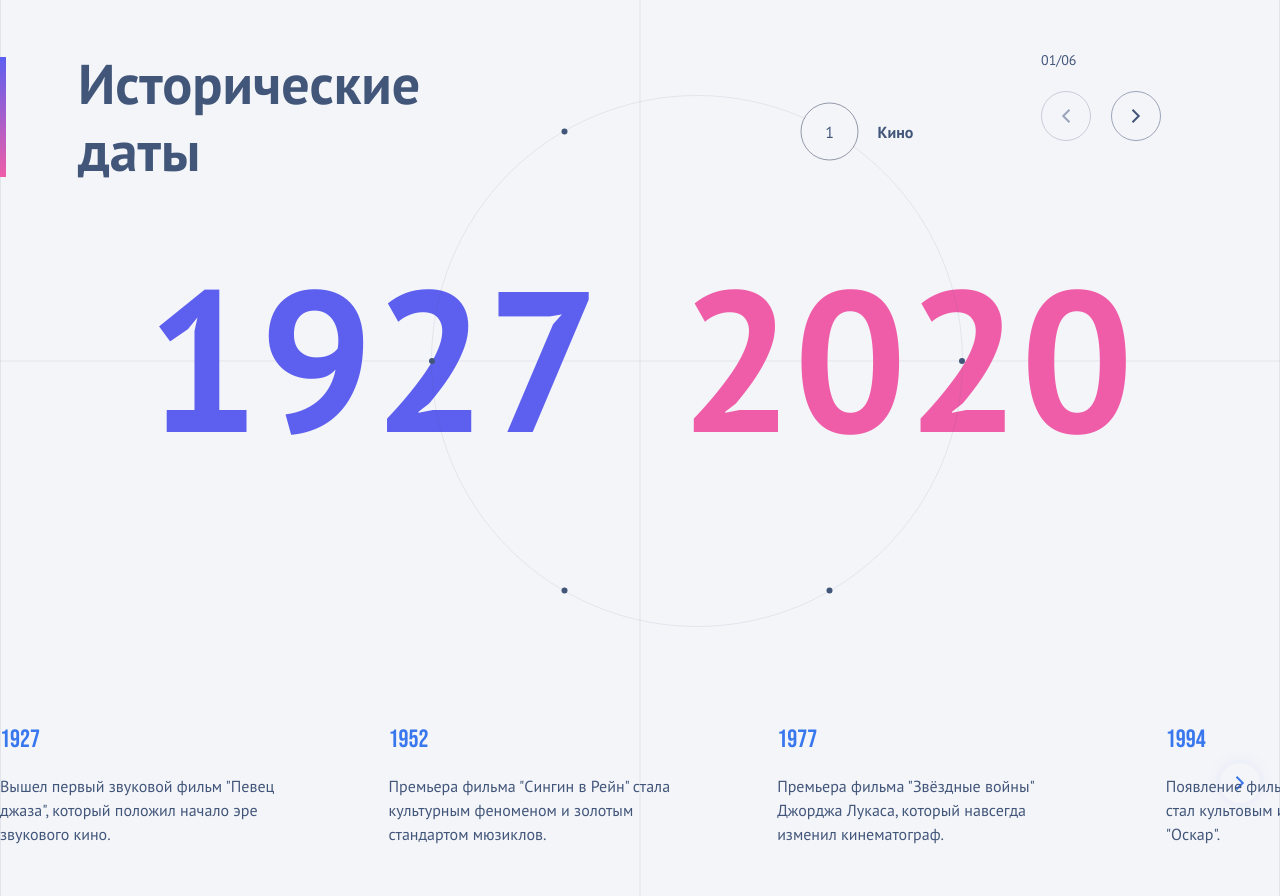
Repository: LenarTulupov/only
Page: /
The author's editor kept a copy of each file at every save. The page is drawn from the files as they stood at one save, then again after a run of saves.
The browser window is 1280 px wide. The pictures show the whole page.
The project was rebuilt for these pictures with package versions that can differ from the ones it lists, and the page was loaded fresh each time.

Above is the page before, as saved 2024-12-18 13:18:45.

### public/index.html
<!DOCTYPE html>
<html lang="en">
  <head>
    <meta charset="utf-8" />
    <link rel="icon" href="%PUBLIC_URL%/favicon.ico" />
    <meta name="viewport" content="width=device-width, initial-scale=1" />
    <meta name="theme-color" content="#000000" />
    <meta
      name="description"
      content="Web site created using create-react-app"
    />
    <link rel="apple-touch-icon" href="%PUBLIC_URL%/logo192.png" />
    <link rel="manifest" href="%PUBLIC_URL%/manifest.json" />
    <title>Only Test</title>
  </head>
  <body>
    <noscript>You need to enable JavaScript to run this app.</noscript>
    <div id="root"></div>
  </body>
</html>

### src/index.tsx
import React from 'react';
import ReactDOM from 'react-dom/client';
import Router from './router/router';
import './globals.scss'

const root = ReactDOM.createRoot(
  document.getElementById('root') as HTMLElement
);
root.render(
  <React.StrictMode>
    <Router />
  </React.StrictMode>
);

### src/router/router.tsx
import { BrowserRouter, Route, Routes } from "react-router-dom";
import HomePage from "../pages/home/page";
import PagesLayout from "../layouts/pages-layout";

export default function Router() {
  return (
    <BrowserRouter>
      <Routes>
        <Route element={<PagesLayout />}>
          <Route path="/" element={<HomePage />} />
        </Route>
      </Routes>
    </BrowserRouter>
  )
};

### src/globals.scss
@import url('https://fonts.googleapis.com/css2?family=Bebas+Neue&family=PT+Sans:wght@400;700&display=swap');

:root {
  --background-color: #F4F5F9;
  --main-color: #42567a;
  --main-color-rgba: rgba(66, 86, 122, 0.5);
  --accent-color: #5D5FEF;
  --light-accent-color: #3877EE;
  --accent-second: #EF5DA8;
  --font-main: "PT Sans", serif;
  --font-second: "Bebas Neue", serif;
  --line-height: 150%;
  --font-size-main: 56px;
  --font-size-small: 14px;
  --font-size-big: 200px;
}
body {
  margin: 0;
  padding: 0;
  background-color: var(--background-color);
  color: var(--black-color);
  font-family: var(--font-main);
  line-height: var(--line-height);
}
ul {
  padding: 0;
  margin: 0;
}

li {
  list-style-type: none;
}

a {
  color: var(--black-color);
  text-decoration: none;
}

h1 {
  margin: 0;
}

### src/pages/home/page.tsx
import Container from "../../components/ui/container/container";
import Divider from "../../components/ui/divider/divider";
import HistorySection from "./history/history";
import styles from './page.module.scss';

export default function HomePage() {
  return (
    <div className={styles['home-page']}>
      <Container>
        <div className={styles['home-page__wrapper']}>
          <Divider
            position="vertical"
            className={styles.divider_vertical}
          />
          <HistorySection />
        </div>
      </Container>
    </div>
  )
};

### src/layouts/pages-layout.tsx
import { Outlet } from 'react-router-dom';
import styles from './pages-layout.module.scss';

export default function PagesLayout() {
  return (
    <div className={styles['pages-layout']}>
      <Outlet />
    </div>
  )
};

### src/components/ui/container/container.tsx
import { ReactNode } from "react"
import styles from './container.module.scss';

interface IContainer {
  children: ReactNode;
}

export default function Container({ children }: IContainer) {
  return (
    <div className={styles.container}>
      {children}
    </div>
  )
};

### src/components/ui/divider/divider.tsx
import styles from './divider.module.scss';

interface IDivider {
  position?: 'horizontal' | 'vertical';
  className?: string;
}

export default function Divider({
  position = 'horizontal', className }: IDivider) {
  return <div className={`
    ${styles.divider}
    ${styles[`divider_${position}`]}
    ${className || ''}
  `}/>
};

### src/pages/home/history/history.tsx
import { useState } from 'react';
import Divider from '../../../components/ui/divider/divider';
import Title from '../../../components/ui/title/title';
import Circle from './circle/circle';
import Dates from './dates/dates';
import HistorySlider from './history-slider/history-slider';
import styles from './history.module.scss';
import StepNavigation from './step-navigation/step-navigation';
import { circleItems } from '../../../constants/circle-items';

export default function HistorySection() {
  const [activeButton, setActiveButton] = useState<number>(1);
  const activeCategory = circleItems.find((item) => item.id === activeButton);
  const firstDate = activeCategory?.events[0]?.year;
  const lastDate = activeCategory?.events.at(-1)?.year;

  return (
    <section className={styles.history}>
      <div className={styles.history__content}>
        {/* <div className={styles['history__content-col-1']}> */}
          <Title className={styles.history__title} showBefore>
            Исторические даты
          </Title>

        {/* </div> */}
        <Circle
          className={styles.circle}
          activeButton={activeButton}
          setActiveButton={setActiveButton}
        />
         <StepNavigation
            className={styles['step-navigation']}
            activeButton={activeButton}
            setActiveButton={setActiveButton}
          />
        <Divider
          position="horizontal"
          className={styles.divider_horizontal}
        />
        <Dates
          className={styles.dates}
          firstDate={firstDate}
          lastDate={lastDate}
        />
      </div>
      <HistorySlider
        activeCategory={activeCategory}
        className={styles['history-slider']}
      />
    </section>
  )
};

### src/pages/home/page.module.scss
.home-page {
  &__wrapper {
    position: relative;
    min-height: 100vh;
    .divider_vertical {
      position: absolute;
      top: 0;
      left: 50%;
      transform: translateX(-50%);
      z-index: -10;
    }
  }

  /* Линия слева */
  &__wrapper::before {
    content: "";
    position: absolute;
    top: 0;
    bottom: 0;
    left: 0;
    width: 1px;
    background-color: var(--main-color);
    opacity: 0.1;
  }

  /* Линия справа */
  &__wrapper::after {
    content: "";
    position: absolute;
    top: 0;
    bottom: 0;
    right: 0;
    width: 1px;
    background-color: var(--main-color);
    opacity: 0.1;
  }
  /* Линий по центру горизонтальная */

  /* Линий по центру вертикальная */
}

### src/components/ui/container/container.module.scss
.container {
  max-width: 1440px;
  margin: 0 auto;
}

### src/components/ui/divider/divider.module.scss
.divider {
  background-color: var(--main-color);
  opacity: 0.1;
  &_horizontal {
    width: 100%;
    height: 1px;
  }
  &_vertical {
    width: 1px;
    height: 100%;
  }
}

### src/components/ui/title/title.tsx
import { ReactNode } from 'react';
import styles from './title.module.scss';

interface ITitle {
  children: ReactNode;
  className?: string;
  color?: 'main' | 'blue' | 'light-blue' | 'pink';
  size?: 'main' | 'small'| 'big';
  showBefore?: boolean;
}

export default function Title({
  children,
  className,
  color = 'main',
  size = 'main',
  showBefore = false }: ITitle) {
  return (
    <h1
      className={`
        ${styles.title}
        ${className || ''}
        ${styles[`title__color-${color}`]}
        ${styles[`title__size-${size}`]}
        ${showBefore ? styles['title_before'] : ''}
      `}>
      {children}
    </h1>
  )
};

### src/pages/home/history/circle/circle.tsx
import { useEffect, useRef, Dispatch, SetStateAction } from 'react';
import { gsap } from 'gsap';
import { circleItems } from '../../../../constants/circle-items';
import styles from './circle.module.scss';
import Dates from '../dates/dates';

interface ICircle {
  className?: string;
  activeButton: number;
  setActiveButton: Dispatch<SetStateAction<number>>;
}

export default function Circle({
  className,
  activeButton,
  setActiveButton }: ICircle) {
  const circleRef = useRef<HTMLDivElement>(null);
  const buttonsRef = useRef<HTMLDivElement[]>([]);

  const handleActiveButton = (btnId: number) => {
    setActiveButton(btnId);
  };

  useEffect(() => {
    const rotationAngle = (1 - activeButton) * 60;
    gsap.to(circleRef.current, {
      rotate: rotationAngle,
      duration: 0.5,
      ease: 'power2.out',
    });

    buttonsRef.current.forEach((btn) => {
      let buttonRotation = 0;

      switch (activeButton) {
        case 2:
          buttonRotation = 60;
          break;
        case 3:
          buttonRotation = 120;
          break;
        case 4:
          buttonRotation = 180;
          break;
        case 5:
          buttonRotation = 240;
          break;
        case 6:
          buttonRotation = 300;
          break;
        default:
          buttonRotation = 0;
          break;
      }

      gsap.to(btn, {
        rotate: buttonRotation,
        duration: 0.5,
        ease: 'power2.out',
      });
    });
  }, [activeButton]);

  return (
    <div ref={circleRef} className={`${styles.circle} ${className || ''}`}>
      {circleItems.map((item, index) => {
        const btnId = index + 1;
        return (
          <div
            key={btnId}
            ref={(el) => (buttonsRef.current[index] = el!)}
            className={`
                ${styles[`circle__btn-${btnId}`]}
                ${styles.circle__btn}
                ${activeButton === btnId ? styles.active : ''}
              `}
            onClick={() => handleActiveButton(btnId)}
          >
            {btnId}
            <span
              className={`
                  ${styles['sub-title']}
                  ${activeButton === btnId ? styles.active : ''}
                `}
            >
              {item.category}
            </span>
          </div>
        );
      })}
    </div>
  );
}

### src/pages/home/history/dates/dates.tsx
import { useEffect, useState } from 'react';
import Title from '../../../../components/ui/title/title';
import styles from './dates.module.scss';

interface IDates {
  className?: string;
  firstDate: string;
  lastDate: string;
}

export default function Dates({ className, firstDate, lastDate }: IDates) {
  const [currentFirstDate, setCurrentFirstDate] = useState(Number(firstDate));
  const [currentLastDate, setCurrentLastDate] = useState(Number(lastDate));

  useEffect(() => {
    const animateNumber = (
      from: number,
      to: number,
      setNumber: React.Dispatch<React.SetStateAction<number>>
    ) => {
      const stepTime = 20;
      const steps = 50;
      const delta = (to - from) / steps;

      let currentStep = 0;
      const interval = setInterval(() => {
        currentStep += 1;
        const nextValue = from + delta * currentStep;
        setNumber(Math.round(nextValue));

        if (currentStep >= steps) {
          clearInterval(interval);
          setNumber(to);
        }
      }, stepTime);
    };

    animateNumber(Number(currentFirstDate), Number(firstDate), setCurrentFirstDate);
    animateNumber(Number(currentLastDate), Number(lastDate), setCurrentLastDate);
  }, [firstDate, lastDate]);
  return (
    <div className={`${styles.dates} ${className || ''}`}>
      <Title color='blue' size='big'>{currentFirstDate}</Title>
      <Title color='pink' size='big'>{currentLastDate}</Title>
    </div>
  )
};

### src/pages/home/history/history.module.scss
.history {
  padding: 50px 0;
  &__title {
    line-height: 1.2;
    width: 353px;
    padding-left: 78px;
    height: fit-content;

  }
  &__content {
    position: relative;
    display: grid;
    grid-template-columns: repeat(3, 1fr);
    height: 615px;
    &-col-1 {
      display: flex;
      flex-direction: column;
      justify-content: space-between;
    }
  }
}
.circle {
  margin-top: 45px;
}
.divider_horizontal {
  position: absolute;
  top: calc(50% + 3px);
  left: 0;
  transform: translateY(-50%);
  z-index: -10;
}
.step-navigation {
  padding-left: 78px;
}

### src/pages/home/history/step-navigation/step-navigation.tsx
import { Dispatch, SetStateAction } from "react";
import NavigationButtons from "./navigation-buttons/navigation-buttons";
import SliderStep from "./slider-step/slider-step";
import styles from './step-navigation.module.scss';

interface IStepNavigation {
  className?: string;
  activeButton: number;
  setActiveButton: Dispatch<SetStateAction<number>>;
}

export default function StepNavigation({
  className,
  activeButton,
  setActiveButton }: IStepNavigation) {

    const handleNext = () => {
      setActiveButton((p) => (p < 6 ? p + 1 : 1));
    };

    const handlePrev = () => {
      setActiveButton((p) => (p > 1 ? p - 1 : 6));
    };

    return (
      <div className={`${styles['step-navigation']} ${className || ''}`}>
        <SliderStep activeButton={activeButton} />
        <NavigationButtons
          handleNext={handleNext}
          handlePrev={handlePrev}
          isBeginning={activeButton === 1}
          isEnd={activeButton === 6}
        />
      </div>
    );
};

### src/components/ui/title/title.module.scss
.title {
  line-height: 150%;
  position: relative;
  &::before {
    content: "";
    position: absolute;
    top: 50%;
    transform: translateY(-50%);
    left: 0;
    height: 120px;
    width: 6px;
    background: linear-gradient(to bottom, var(--accent-color) 0%, var(--accent-second) 100%);
    visibility: hidden;
  }
  &.title_before::before {
    visibility: visible; // Показываем псевдоэлемент
  }
  &__color-main {
    color: var(--main-color);
  }

  &__color-blue {
    color: var(--accent-color);
  }
  &__color-light-blue {
    color: var(--light-accent-color);
  }

  &__color-pink {
    color: var(--accent-second);
  }

  &__size-main {
    font-size: var(--font-size-main);
  }
  &__size-small {
    font-size: var(--font-size-small);
  }

  &__size-big {
    font-size: var(--font-size-big);
  }
}

### src/pages/home/history/circle/circle.module.scss
.circle {
  position: relative;
  width: 530px;
  height: 530px;
  border: 1px solid rgba(66, 86, 122, 0.1);
  border-radius: 100%;
  display: flex;
  justify-content: center;
  align-items: center;
  transform-origin: center;
}

.circle__btn {
  position: absolute;
  display: flex;
  align-items: center;
  justify-content: center;
  width: 6px;
  height: 6px;
  border: none;
  background-color: var(--main-color);
  border-radius: 100%;
  color: var(--main-color);
  line-height: 30px;
  font-size: 0;
  cursor: pointer;
  transition: width .3s ease-in-out, height .3s ease-in-out, font-size .3s ease-in-out;

  &::before {
    content: "";
    position: absolute;
    top: 50%;
    left: 50%;
    transform: translate(-50%, -50%);
    width: 25px;
    height: 25px;
    border-radius: 100%;
    background: transparent;
  }

  .sub-title {
    position: absolute;
    top: 50%;
    left: 0;
    transform: translateY(-50%);
    margin-left: 76px;
    font-weight: bold;
    opacity: 0;
    transition: opacity 0.3s ease-in-out;
  }

  .sub-title.active {
    opacity: 1;
  }

  &:hover,
  &.active {
    width: 56px;
    height: 56px;
    font-size: 16px;
    background-color: #F4F5F9;
    outline: 1px solid rgba(48, 62, 88, 0.5);
  }

  &-1 {
    transform: rotate(300deg) translateX(265px) rotate(60deg);
  }

  &-2 {
    transform: rotate(0deg) translateX(265px) rotate(0deg);
  }

  &-3 {
    transform: rotate(60deg) translateX(265px) rotate(-60deg);
  }

  &-4 {
    transform: rotate(120deg) translateX(265px) rotate(-120deg);
  }

  &-5 {
    transform: rotate(180deg) translateX(265px) rotate(-180deg);
  }

  &-6 {
    transform: rotate(240deg) translateX(265px) rotate(-240deg);
  }
}

### src/pages/home/history/dates/dates.module.scss
.dates {
  position: absolute;
  top: 50%;
  left: 50%;
  transform: translate(-50%, -50%);
  display: flex;
  gap: 80px;
  z-index: -1;
}

### src/pages/home/history/history-slider/slider-content/slider-content.tsx
import Text from "../../../../../components/ui/text/text";
import Title from "../../../../../components/ui/title/title";
import styles from './slider-content.module.scss';

interface ISliderContent {
  year: string;
  text: string;
}

export default function SliderContent({ year, text }: ISliderContent) {
  return (
    <div className={styles['slider-content']}>
      <Title
        size="small"
        color="light-blue"
        className={styles['slider-content__title']}
      >
        {year}
      </Title>
      <Text text={text} />
    </div>
  )
};

### src/components/ui/content-container/content-container.tsx
import { ReactNode } from 'react';
import styles from './content-container.module.scss';

interface IContentContainer {
  children: ReactNode;
}

export default function ContentContainer({ children }: IContentContainer) {
  return (
    <div className={styles['content-container']}>
      {children}
    </div>
  )
};

### src/components/ui/arrow-button/arrow-button.tsx
import styles from './arrow-button.module.scss';

interface IArrowButton {
  rotation?: 'left' | 'right'
  onClick?: () => void;
  slider?: boolean;
  disabled?: boolean;
  className?: string;
}

export default function ArrowButton({
  rotation,
  onClick,
  slider = false,
  disabled = false,
  className}: IArrowButton) {
  return (
    <button
      className={`
        ${styles['arrow-button']}
        ${styles[rotation]}
        ${slider ? styles['arrow-button_slider'] : ''}
        ${className || ''}
        ${disabled ? styles.disabled : ''}
      `}
      onClick={onClick}
      disabled={disabled}
    >
      <svg width="10" height="14" viewBox="0 0 10 14" fill="none" xmlns="http://www.w3.org/2000/svg">
        <path d="M8.49988 0.750001L2.24988 7L8.49988 13.25" stroke="#42567A" stroke-width="2" />
      </svg>
    </button>
  )
};

### src/pages/home/history/history-slider/history-slider.module.scss
.history-slider {
  position: relative;
  margin-top: 56px;
}
.next {
  position: absolute;
  top: 50%;
  transform: translateY(-50%);
  right: 20px;
}
.prev {
  position: absolute;
  top: 50%;
  transform: translateY(-50%);
  left: 20px;
}

.fade-out {
  opacity: 0;
  transition: opacity 0.5s ease;
}
.fade-in {
  opacity: 1;
  transition: opacity 0.5s ease;
}

### src/pages/home/history/step-navigation/navigation-buttons/navigation-buttons.tsx
import ArrowButton from '../../../../../components/ui/arrow-button/arrow-button';
import styles from './navigation-buttons.module.scss';

interface INavigationButtons {
  handleNext: () => void;
  handlePrev: () => void;
  isBeginning: boolean;
  isEnd: boolean;
}

export default function NavigationButtons({
  handleNext,
  handlePrev,
  isBeginning,
  isEnd }: INavigationButtons) {
  return (
    <div className={styles['navigation-buttons']}>
      <ArrowButton
        onClick={handlePrev}
        disabled={isBeginning}
      />
      <ArrowButton
        rotation='right'
        onClick={handleNext}
        disabled={isEnd}
      />
    </div>
  );
};

### src/pages/home/history/step-navigation/slider-step/slider-step.tsx
import Title from "../../../../../components/ui/title/title";
import styles from './slider-step.module.scss';

interface ISliderStep {
  activeButton: number;
}

export default function SliderStep({ activeButton }: ISliderStep) {
  return <Title size="small" className={styles.font}>0{activeButton}/06</Title>
};

### src/pages/home/history/step-navigation/step-navigation.module.scss
.step-navigation {
  display: flex;
  flex-direction: column;
  row-gap: 20px;
}

### src/components/ui/text/text.tsx
import styles from './text.module.scss';

interface IText {
  text: string;
}

export default function Text({ text }: IText) {
  return (
    <div className={styles.text}>
        { text }
    </div>
  )
};

### src/pages/home/history/history-slider/slider-content/slider-content.module.scss
.slider-content {
  display: flex;
  flex-direction: column;
  row-gap: 15px;
  cursor: grabbing;
  &__title {
    font-family: var(--font-second);
    font-weight: 400;
    font-size: 25px;
  }
}

### src/components/ui/content-container/content-container.module.scss
.content-container {
  max-width: calc(1440px - 160px);
  margin: 0 auto;
}

### src/components/ui/arrow-button/arrow-button.module.scss
.arrow-button {
  width: 50px;
  height: 50px;
  display: flex;
  align-items: center;
  justify-content: center;
  border: 1px solid var(--main-color-rgba);
  background-color: transparent;
  border-radius: 100%;
  cursor: pointer;
}
.arrow-button_slider {
  width: 40px;
  height: 40px;
  border: none;
  box-shadow: 0 0 15px 0 rgba(56, 119, 238, 0.1);
  svg path {
    stroke: var(--light-accent-color);
  }
}
.left {
  transform: rotate(0deg);
}
.right {
  transform: rotate(180deg);
}
.disabled {
  opacity: .5;
  cursor: auto;
}

### src/pages/home/history/step-navigation/navigation-buttons/navigation-buttons.module.scss
.navigation-buttons {
  display: flex;
  column-gap: 20px;
}
.disabled {
  opacity: .5;
  cursor: auto;
}

### src/pages/home/history/step-navigation/slider-step/slider-step.module.scss
.font {
  font-weight: 400;
}

### src/components/ui/text/text.module.scss
.text {
  color: var(--main-color);
}

Loaded but not shown: src/constants/circle-items.ts (122 lines, source omitted); src/pages/home/history/history-slider/history-slider.tsx (119 lines, source omitted); src/layouts/pages-layout.module.scss (no stored copy; drawn as an empty file)

After the next 4 saves:
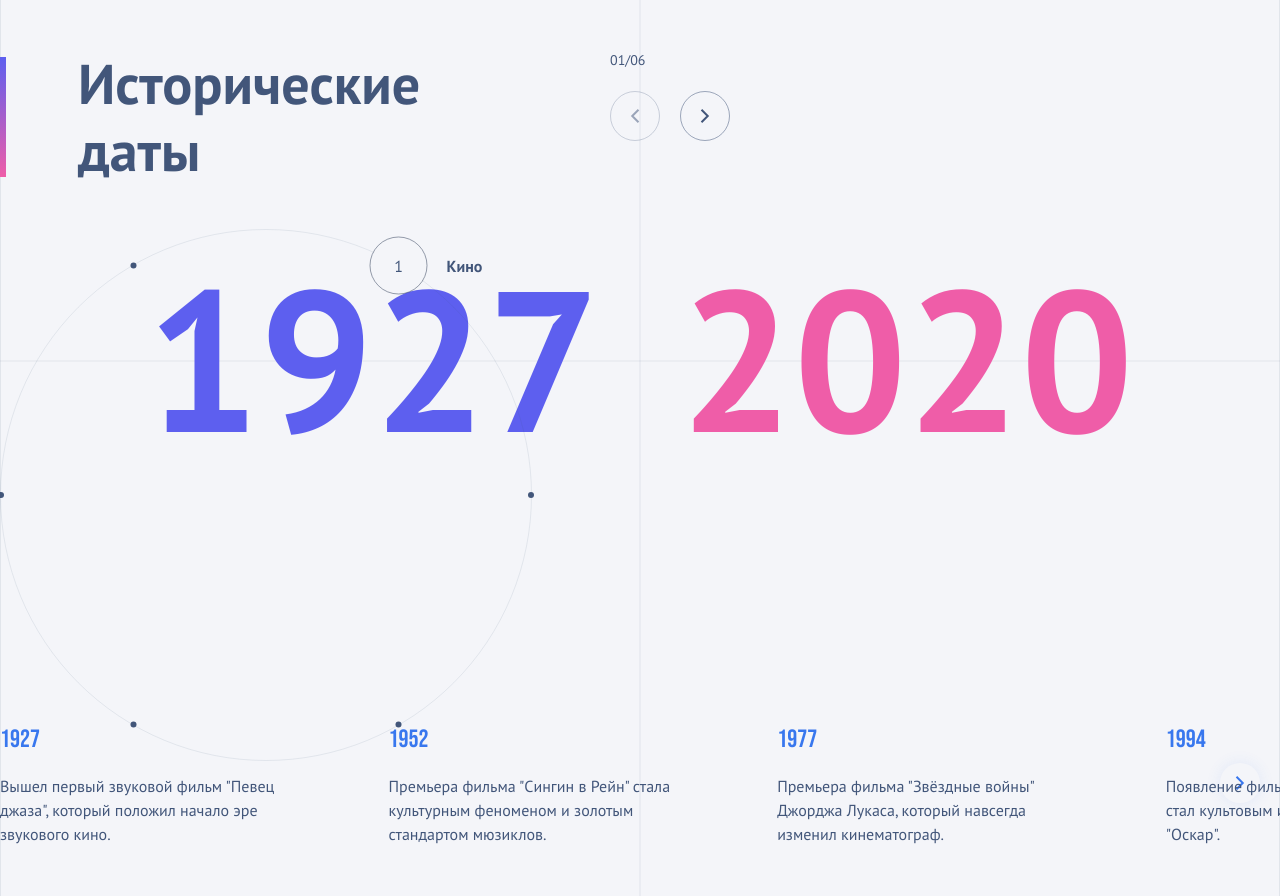
The 4 saves are shown as one change because they came seconds apart.
The last was saved 40 s later.
--- a/src/pages/home/history/history.tsx
+++ b/src/pages/home/history/history.tsx
@@ -17,22 +17,21 @@ export default function HistorySection() {
   return (
     <section className={styles.history}>
       <div className={styles.history__content}>
-        {/* <div className={styles['history__content-col-1']}> */}
+        <div className={styles['history__content-col-1']}>
           <Title className={styles.history__title} showBefore>
             Исторические даты
           </Title>
-
-        {/* </div> */}
-        <Circle
-          className={styles.circle}
+          <Circle
+            className={styles.circle}
+            activeButton={activeButton}
+            setActiveButton={setActiveButton}
+          />
+        </div>
+        <StepNavigation
+          className={styles['step-navigation']}
           activeButton={activeButton}
           setActiveButton={setActiveButton}
         />
-         <StepNavigation
-            className={styles['step-navigation']}
-            activeButton={activeButton}
-            setActiveButton={setActiveButton}
-          />
         <Divider
           position="horizontal"
           className={styles.divider_horizontal}
